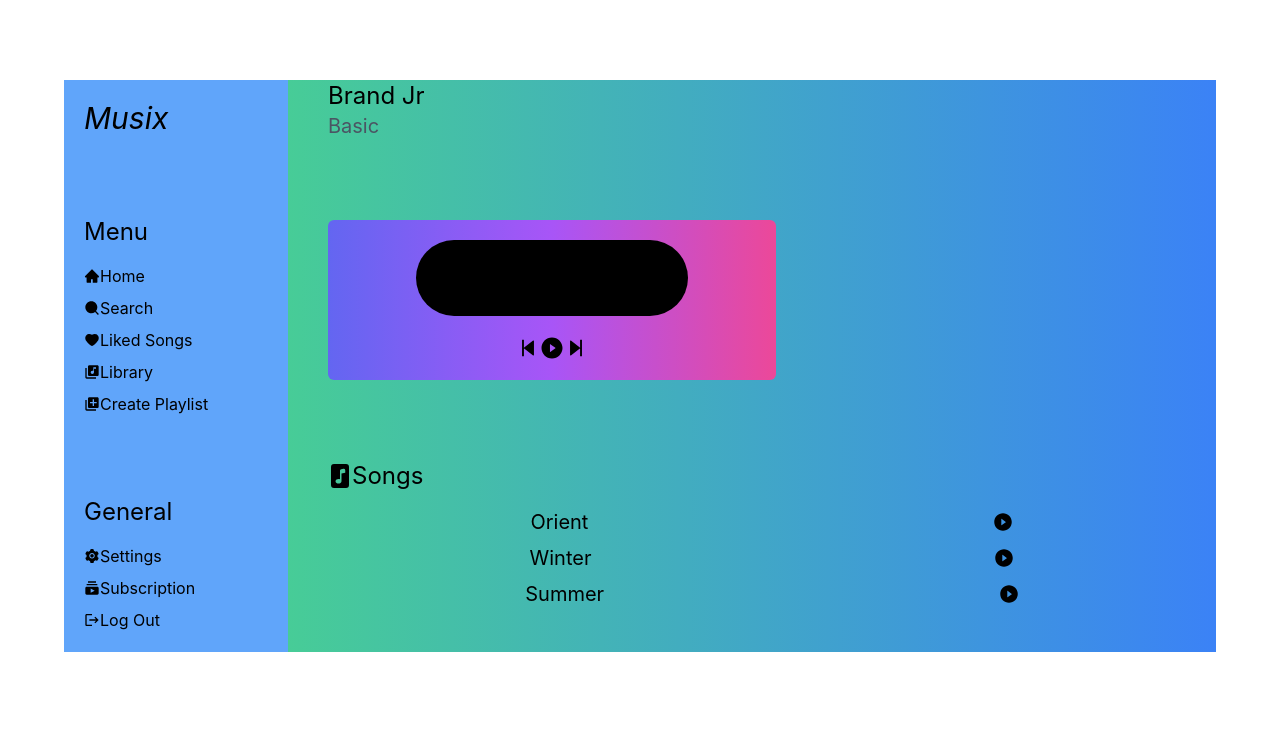
Repository: brandford7/music-player
Page: /
The author's editor kept a copy of each file at every save. The page is drawn from the files as they stood at one save, then again after the next save.
The browser window is 1280 px wide. The pictures show the whole page.
The project was rebuilt for these pictures with package versions that can differ from the ones it lists, and the page was loaded fresh each time. The framework's server and built-in components were replaced by stand-ins that run in the browser. Also part of the build but not shown: next.config.js.

Above is the page before, as saved 2022-11-18 13:06:51.

### pages/index.js
import Head from "next/head";
import Image from "next/image";
import { MusicCard, Sidebar, SongList, UserAvatar } from "../components";

export default function Home() {
  return (
    <div className="flex mx-auto max-w-6xl my-20 space-x-10 bg-gradient-to-r from-green-400 to-blue-500">
      <Head>
        <title>Music Player</title>
        <meta name="description" content="Generated by create next app" />
        <link rel="icon" href="/favicon.ico" />
      </Head>
      <aside>
        <Sidebar />
      </aside>
      <main className="flex flex-col flex-1 space-y-20">
        <UserAvatar name="Brand Jr" subscription="Basic" />
        <MusicCard title="Hello Hello" />
        <SongList />
      </main>
    </div>
  );
}

### styles/globals.css
@tailwind base;
@tailwind components;
@tailwind utilities;



html,
body {
  padding: 0;
  margin: 0;
  font-family: -apple-system, BlinkMacSystemFont, Segoe UI, Roboto, Oxygen,
    Ubuntu, Cantarell, Fira Sans, Droid Sans, Helvetica Neue, sans-serif;
}

a {
  color: inherit;
  text-decoration: none;
}

* {
  box-sizing: border-box;
}

@media (prefers-color-scheme: dark) {
  html {
    color-scheme: dark;
  }
  body {
    color: white;
    background: black;
  }
}

### components/index.js
export { default as Sidebar } from './Sidebar';
export { default as UserAvatar } from './UserAvatar';
export { default as MusicCard } from './MusicCard';
export { default as MusicButton } from './MusicButton';
export { default as SongList } from './SongList';

### components/Sidebar.jsx
import React from "react";
import { AiFillHome, AiFillHeart, AiFillSetting } from "react-icons/ai";
import {
  MdLibraryMusic,
  MdLibraryAdd,
  MdLogout,
  MdSubscriptions,
} from "react-icons/md";
import { RiSearchFill } from "react-icons/ri";

const Sidebar = () => {
  return (
    <div className="flex flex-col space-y-20 bg-blue-400 p-5  w-56">
      <section>
        <h1 className="text-3xl italic">Musix</h1>
      </section>
      <section>
        <h2 className="mb-4 text-2xl">Menu</h2>
        <ul className="space-y-2">
          <li className="flex items-center ">
            <AiFillHome />
            Home
          </li>
          <li className="flex items-center ">
            <RiSearchFill />
            Search
          </li>
          <li className="flex items-center ">
            <AiFillHeart />
            Liked Songs
          </li>
          <li className="flex items-center ">
            <MdLibraryMusic />
            Library
          </li>
          <li className="flex items-center ">
            <MdLibraryAdd />
            Create Playlist
          </li>
        </ul>
      </section>
      <section>
        <h2 className="mb-4 text-2xl">General</h2>
        <ul className="space-y-2">
          <li className="flex items-center ">
            <AiFillSetting />
            Settings
          </li>
          <li className="flex items-center ">
            <MdSubscriptions />
            Subscription
          </li>
          <li className="flex items-center ">
            <MdLogout />
            Log Out
          </li>
        </ul>
      </section>
    </div>
  );
};

export default Sidebar;

### components/UserAvatar.jsx
import React from "react";

const UserAvatar = ({ image, name, subscription }) => {
  return (
    <div className="flex flex-col">
      <img src={image} alt="" />
      <h2 className="text-2xl">{name}</h2>
      <p className="text-gray-600 text-xl"> {subscription}</p>
    </div>
  );
};

export default UserAvatar;

### components/MusicCard.jsx
import React from "react";
import { BsFillFileMusicFill } from "react-icons/bs";
import MusicButton from "./MusicButton";
import {
  AiFillPlayCircle,
  AiFillStepBackward,
  AiFillStepForward,
} from "react-icons/ai";

const MusicCard = ({ title }) => {
  return (
    <div className=" flex flex-col items-center space-y-5 p-5 max-w-md rounded-md h-40 w-4/5 bg-gradient-to-r from-indigo-500 via-purple-500 to-pink-500">
      <section className="flex flex-col items-center justify-center space-y-2 rounded-full h-3/4 w-2/3 bg-black text-white-xl">
       < BsFillFileMusicFill/>
              {title}
      </section>
      <section className="flex items-center justify-center text-2xl">
        <MusicButton icon={<AiFillStepBackward />} />
        <MusicButton icon={<AiFillPlayCircle />} />
        <MusicButton icon={<AiFillStepForward />} />
      </section>
    </div>
  );
};

export default MusicCard;

### components/MusicButton.jsx
import React from 'react'

const MusicButton = ({icon}) => {
  return (
      <div>{icon}</div>
  )
}

export default MusicButton

### components/SongList.jsx
import React from "react";
import { BsFillFileMusicFill } from "react-icons/bs";
import { AiFillPlayCircle } from "react-icons/ai";
import MusicButton from "./MusicButton";

const SongList = () => {
  return (
    <div>
      <h1 className="flex items-center space-x-5 text-2xl mb-4">
        <BsFillFileMusicFill />
        Songs
      </h1>
      <section>
        <ul className="flex flex-col text-xl space-y-2">
          <li className="flex items-center justify-around ">
            Orient <MusicButton icon={<AiFillPlayCircle />} />
          </li>
          <li className="flex items-center justify-around ">
            Winter <MusicButton icon={<AiFillPlayCircle />} />
          </li>
          <li className="flex items-center justify-around ">
            Summer <MusicButton icon={<AiFillPlayCircle />} />
          </li>
        </ul>
      </section>
    </div>
  );
};

export default SongList;

Loaded but not shown: pages/_app.js (common file); tailwind.config.js (common file)

After the next save:
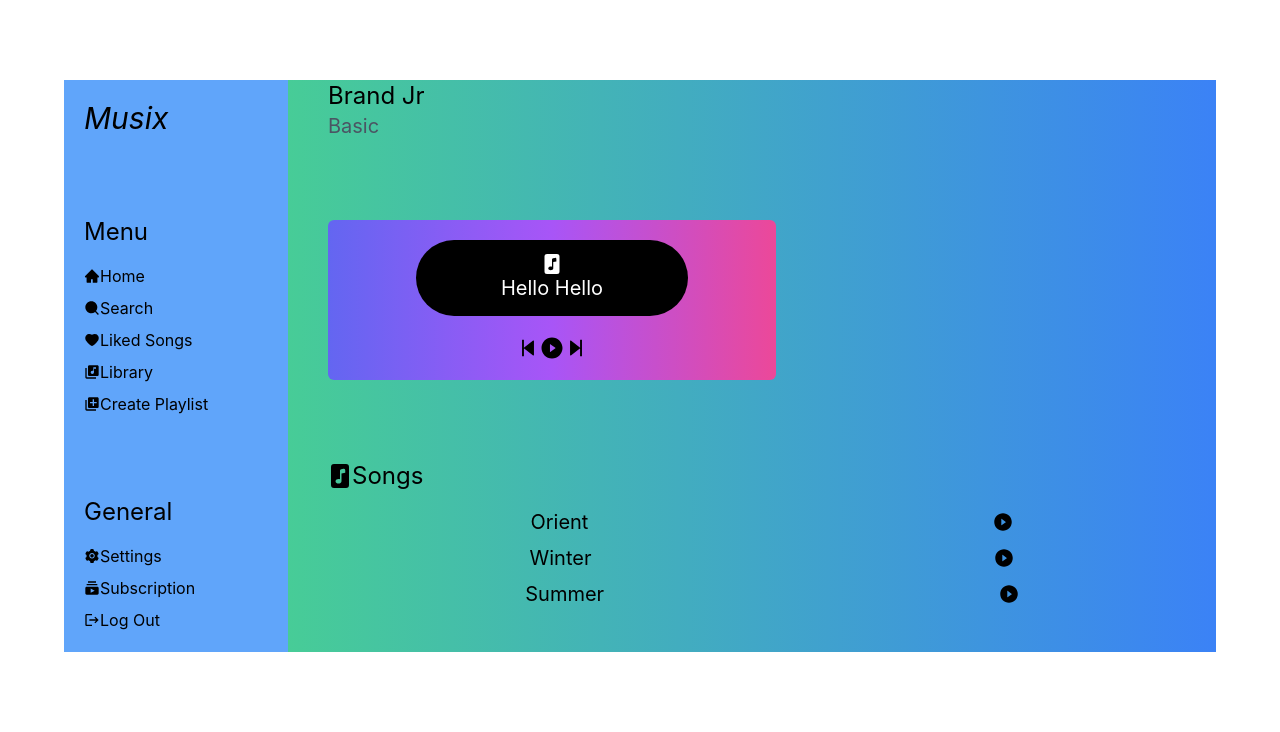
Saved 8 s later.
--- a/components/MusicCard.jsx
+++ b/components/MusicCard.jsx
@@ -10,7 +10,7 @@ import {
 const MusicCard = ({ title }) => {
   return (
     <div className=" flex flex-col items-center space-y-5 p-5 max-w-md rounded-md h-40 w-4/5 bg-gradient-to-r from-indigo-500 via-purple-500 to-pink-500">
-      <section className="flex flex-col items-center justify-center space-y-2 rounded-full h-3/4 w-2/3 bg-black text-white-xl">
+      <section className="flex flex-col items-center justify-center space-y-2 rounded-full h-3/4 w-2/3 bg-black text-white text-xl">
        < BsFillFileMusicFill/>
               {title}
       </section>
